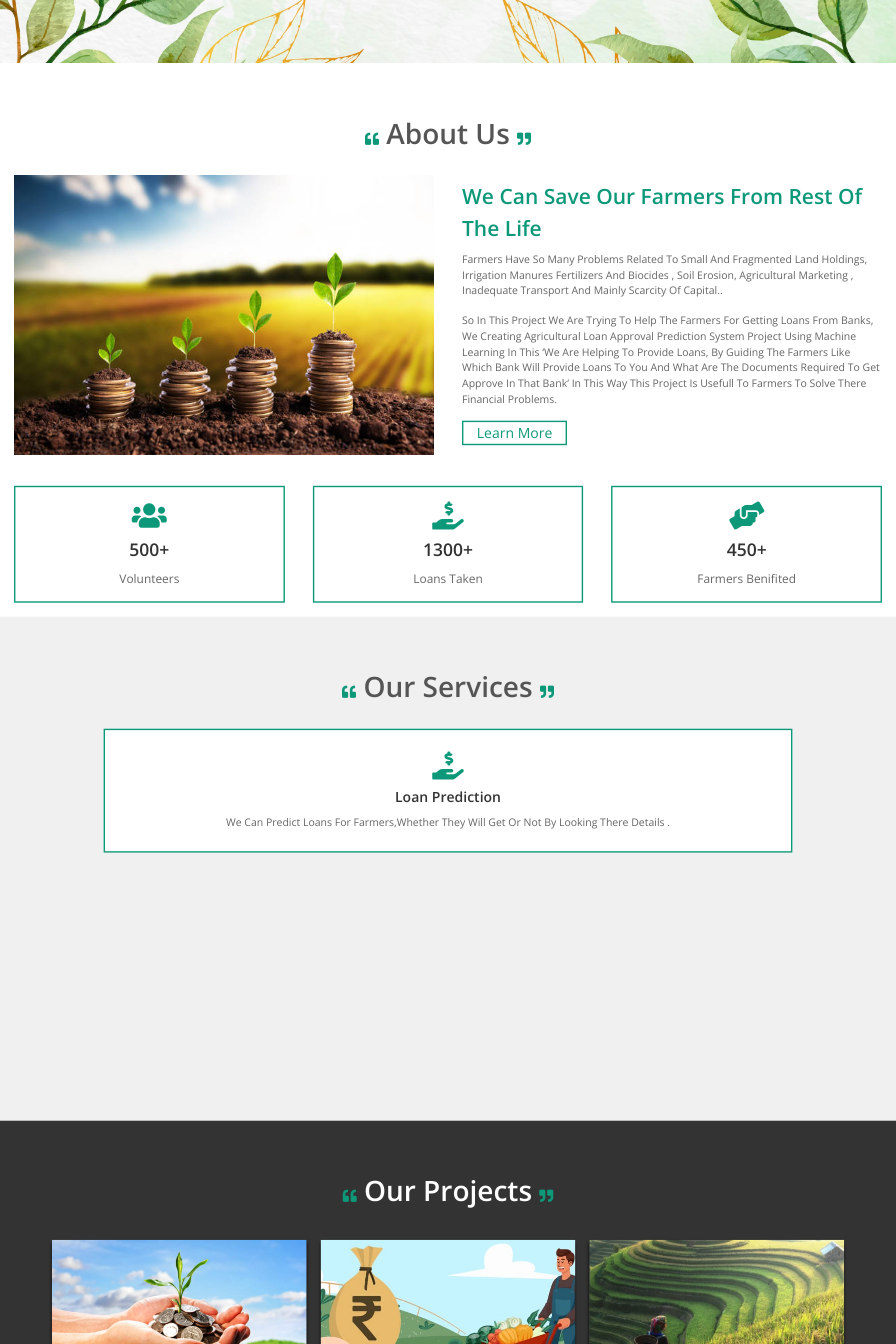
Repository: thenameisshreyank/loanorediction
Page: http://localhost/
The author's editor kept a copy of each file at every save. The page is drawn from the files as they stood at one save, then again after the next save.
The browser window is 1280 px wide. The pictures show the part of the page from y = 630 to 2550 px (the page is 4950 px tall before and 4933 px after), at 70% of full size.
The page is served by the project's application, run on Django 4.2 (manage.py). Other server files are loaded and not shown.

Above is the page before, as saved 2022-06-20 17:50:38.
Console error: TypeError: Cannot read properties of null (reading 'addEventListener')

### prediction/templates/index.html
{%load static%}
<!DOCTYPE html>
<html lang="en">
<head>
    <meta charset="UTF-8">
    <meta name="viewport" content="width=device-width, initial-scale=1.0">
    <title>Agricultural Loan Approval prediction using machine learning </title>

    <!-- font awesome cdn link  -->
    <link rel="stylesheet" href="https://cdnjs.cloudflare.com/ajax/libs/font-awesome/5.15.2/css/all.min.css">

    <!-- custom css file link  -->
    <link rel="stylesheet" href={% static 'style.css' %}>

</head>
<body>

<!-- header section starts  -->

<header>

<a href="#" class="logo"><i class="fas fa-hand-holding-usd"></i>LOAN APPROVAL</a>

<nav class="navbar">
    <ul>

        <li><a href="#home">home</a></li>
        <li><a href="#about">about</a></li>
        <li><a href="#service">service</a></li>
        <li><a href="#project">project</a></li>
        <li><a href="#donate">donate</a></li>
        <li><a href="#prediction">prediction</a></li>
    </ul>
</nav>

<div class="fas fa-bars"></div>

</header>

<!-- header section ends -->

<!-- home section starts  -->

<section class="home" id="home">

<div class="content">

    <h1>A Farmer is Magician who produce Money From Mud</h1>
    <p>     Farmer only worry during the growing season,<br/> but towns people worry all the time    </p>
    <a href="#"><button class="btn">explore.</button></a>

</div>

</section>

<!-- home section ends -->

<!-- about section starts  -->

<section class="about" id="about">

<h1 class="heading"> <i class="fas fa-quote-left"></i> about us <i class="fas fa-quote-right"></i> </h1>

<div class="row">

    <div class="image">
        <img src="about.jpg" alt="">
    </div>

    <div class="content">
        <h3 >We can save our farmers from rest of the life</h3>
        <p>Farmers have so many problems related to small and fragmented land holdings, irrigation manures fertilizers and Biocides , soil erosion, Agricultural Marketing , Inadequate Transport and mainly Scarcity of Capital..</p>
        <p>So in this project we are trying to help the farmers for getting loans from banks, we creating agricultural loan approval prediction system project using machine learning in this ‘we are helping to provide loans, by guiding the farmers like which bank will provide loans to you and what are the documents required to get approve in that bank’ in this way this project is usefull to farmers to solve there financial problems.  </p>


        <a href="#"><button class="btn">learn more</button></a>
    </div>

</div>

<div class="box-container">

    <div class="box">
        <i class="fas fa-users"></i>
        <h3>500+</h3>
        <p>volunteers</p>
    </div>

    <div class="box">
        <i class="fas fa-hand-holding-usd"></i>
        <h3>1300+</h3>
        <p>loans taken</p>
    </div>

    <div class="box">
        <i class="fas fa-hands-helping"></i>
        <h3>450+</h3>
        <p>Farmers benifited</p>
    </div>



</div>

</section>

<!-- about section ends -->

<!-- service section starts  -->

<section class="service" id="service">

<h1 class="heading"> <i class="fas fa-quote-left"></i> our services <i class="fas fa-quote-right"></i> </h1>

<div class="box-container">

    <div class="box">
        <i class="fas fa-hand-holding-usd"></i>
        <h3>loan Prediction</h3>
        <p>we can predict loans for farmers,whether they will get or not by looking there details .  </p>

    </div>






</div>

</section>

<!-- service section ends -->

<!-- project section starts  -->



<section class="project" id="project">

<h1 class="heading"> <i class="fas fa-quote-left"></i> our projects <i class="fas fa-quote-right"></i> </h1>

<div class="box-container">

    <div class="box">
        <img src="pic1.jpeg" alt="">
        <div class="icons">
            <a style="--i:1;" href="#" class="fas fa-heart"></a>
            <a style="--i:2;" href="#" class="fas fa-share"></a>
            <a style="--i:3;" href="#" class="fas fa-comment"></a>
        </div>
    </div>

    <div class="box">
        <img src="pic2.jpeg"">
        <div class="icons">
            <a style="--i:1;" href="#" class="fas fa-heart"></a>
            <a style="--i:2;" href="#" class="fas fa-share"></a>
            <a style="--i:3;" href="#" class="fas fa-comment"></a>
        </div>
    </div>

    <div class="box">
        <img src="pic3.jpeg" alt="">
        <div class="icons">
            <a style="--i:1;" href="#" class="fas fa-heart"></a>
            <a style="--i:2;" href="#" class="fas fa-share"></a>
            <a style="--i:3;" href="#" class="fas fa-comment"></a>
        </div>
    </div>





</div>

</section>

<!-- project section ends -->

<!-- donate section starts  -->

<section class="donate" id="donate">

<h1 class="heading"> <i class="fas fa-quote-left"></i> donate us <i class="fas fa-quote-right"></i> </h1>

<div class="video-container">
    <video src="backvideo.mp4" loop autoplay muted></video>
</div>

<div class="form-container">

    <form action="">

        <div class="inputBox">
            <input type="text" placeholder="first name">
            <input type="text" placeholder="last name">
        </div>

        <div class="inputBox">
            <input type="email" placeholder="enter your email">
            <select name="" id="">
                <option value="" selected disabled>donation amount</option>
                <option value="$5">$5</option>
                <option value="$10">$10</option>
                <option value="$15">$15</option>
                <option value="$20">$20</option>
            </select>
        </div>

        <textarea name="" id="" cols="30" rows="10" placeholder="message ( optional )"></textarea>

        <input type="submit" class="btn">

    </form>

</div>

</section>

<!-- donate section ends -->

<!-- prediction section starts  -->

<section class="prediction" id="prediction">

<h1 class="heading"> <i class="fas fa-quote-left"></i> Prediction <i class="fas fa-quote-right"></i> </h1>

<div class="video-container">
    <video src="pridictvideo.mp4" loop autoplay muted></video>
</div>

    <body>

        <form>
            <table>
                <tr>
                    <td>
                        Name:
                    </td>
                    <td>
                        <input type="text" placeholder="Name" name="">
                    </td>
                </tr>
                <tr>
                    <td>
                        LOAN Id:
                    </td>
                    <td>
                        <input type="LOAN Id">
                    </td>
                </tr>

                <td>
                    Gender:
                </td>
                <td>
                    <input type="radio" name="gender">Male
                    <input type="radio" name="gender">Female
                </td>
            </tr>
            <tr>
                <td>
                    Married:
                </td>
                <td>
                    <input type="radio" name="Married">Yes
                    <input type="radio" name="Married">No
                </td>
            </tr>
            <tr>
                <td>
                    Dependents:
                </td>
                <td>
                    <input type="radio" name="Dependents"> 0
                    <input type="radio" name="Dependents"> 1
                    <input type="radio" name="Dependents"> 2
                    <input type="radio" name="Dependents"> 4
                </td>
            </tr>
            <tr>
                <td>
                    Education Qualification:
                </td>
                <td>
                    <input type="radio" name="Education Qualification">Graduate
                    <input type="radio" name="Education Qualification">Not graduate
                </td>

            </tr>
             <tr>
                <td>
                    Self Employed:
                </td>
                <td>
                    <input type="radio" name=" Self Employed"> Yes
                    <input type="radio" name=" Self Employed"> No
                </td>
            </tr>
            <tr>
                <td>
                    Income:
                </td>
                <td>
                    <input type="income" >
                </td>
            </tr>
            <tr>
            <tr>
                <td>
                    Loan amount:
                </td>
                <td>
                    <input type="loan amount">
                </td>
            </tr>
            <tr>
                <td>
                    Loan Term:
                </td>
                <td>
                    <input type="income" >
                </td>
            </tr>

            <tr>
                <td>
                    <input type="submit"  value="submit">
                    <input type="reset" value="Reset">
                </td>
            </tr>
            </table>
        </form>

</section>

<!-- prediction section ends -->

<!-- footer section starts  -->

<section class="footer">
    <!DOCTYPE html>
    <html lang="en">
    <head>
      <title>Footer Design</title>
      <meta charset="utf-8">
      <meta name="viewport" content="width=device-width, initial-scale=1">
      <link rel="stylesheet" href="project/css.footer/style.css">
      <link rel="stylesheet" type="text/css" href="https://cdnjs.cloudflare.com/ajax/libs/font-awesome/5.15.1/css/all.min.css">
    </head>
    <body>

      <footer class="footer">
           <div class="container">
               <div class="row">
                   <div class="footer-col">
                       <h4>Green</h4>
                      <ul>
                        <li><a href="#home">home</a></li>
                        <li><a href="#about">about</a></li>
                        <li><a href="#service">service</a></li>
                        <li><a href="#project">project</a></li>
                        <li><a href="#donate">donate</a></li>
                        <li><a href="#prediction">prediction</a></li>
                    </ul>
                   </div>

                   <div class="footer-col">
                       <h4>follow us</h4>
                       <div class="social-links">
                           <a href="#"><i class="fab fa-facebook-f"></i></a>
                           <a href="#"><i class="fab fa-twitter"></i></a>
                           <a href="#"><i class="fab fa-instagram"></i></a>
                           <a href="#"><i class="fab fa-linkedin-in"></i></a>
                       </div>
                   </div>
               </div>
           </div>
      </footer>

    </body>
    </html>



<h1 class="credit">created by <span>subramanyam D P</span> | all rights reserved. </h1>

</section>





<!-- footer section ends -->





















<!-- custom js file link  -->
<script src="js/main.js"></script>

</body>
</html>

### prediction/views.py
from django.shortcuts import render

# Create your views here.

def homepage(request):
    return render(request,'index.html')

### loanprediction/urls.py
"""loanprediction URL Configuration

The `urlpatterns` list routes URLs to views. For more information please see:
    https://docs.djangoproject.com/en/4.0/topics/http/urls/
Examples:
Function views
    1. Add an import:  from my_app import views
    2. Add a URL to urlpatterns:  path('', views.home, name='home')
Class-based views
    1. Add an import:  from other_app.views import Home
    2. Add a URL to urlpatterns:  path('', Home.as_view(), name='home')
Including another URLconf
    1. Import the include() function: from django.urls import include, path
    2. Add a URL to urlpatterns:  path('blog/', include('blog.urls'))
"""
from django.contrib import admin
from django.urls import include, path

urlpatterns = [
    path('admin/', admin.site.urls),
    path('',include('prediction.urls')),
]

### prediction/urls.py
from . import views
from django.urls import include, path

urlpatterns = [

    path('',views.homepage,name='homepage'),
]

Loaded but not shown: prediction/templates/main.js (common file); prediction/static/images/style.css (621 lines, source omitted)

After the next save:
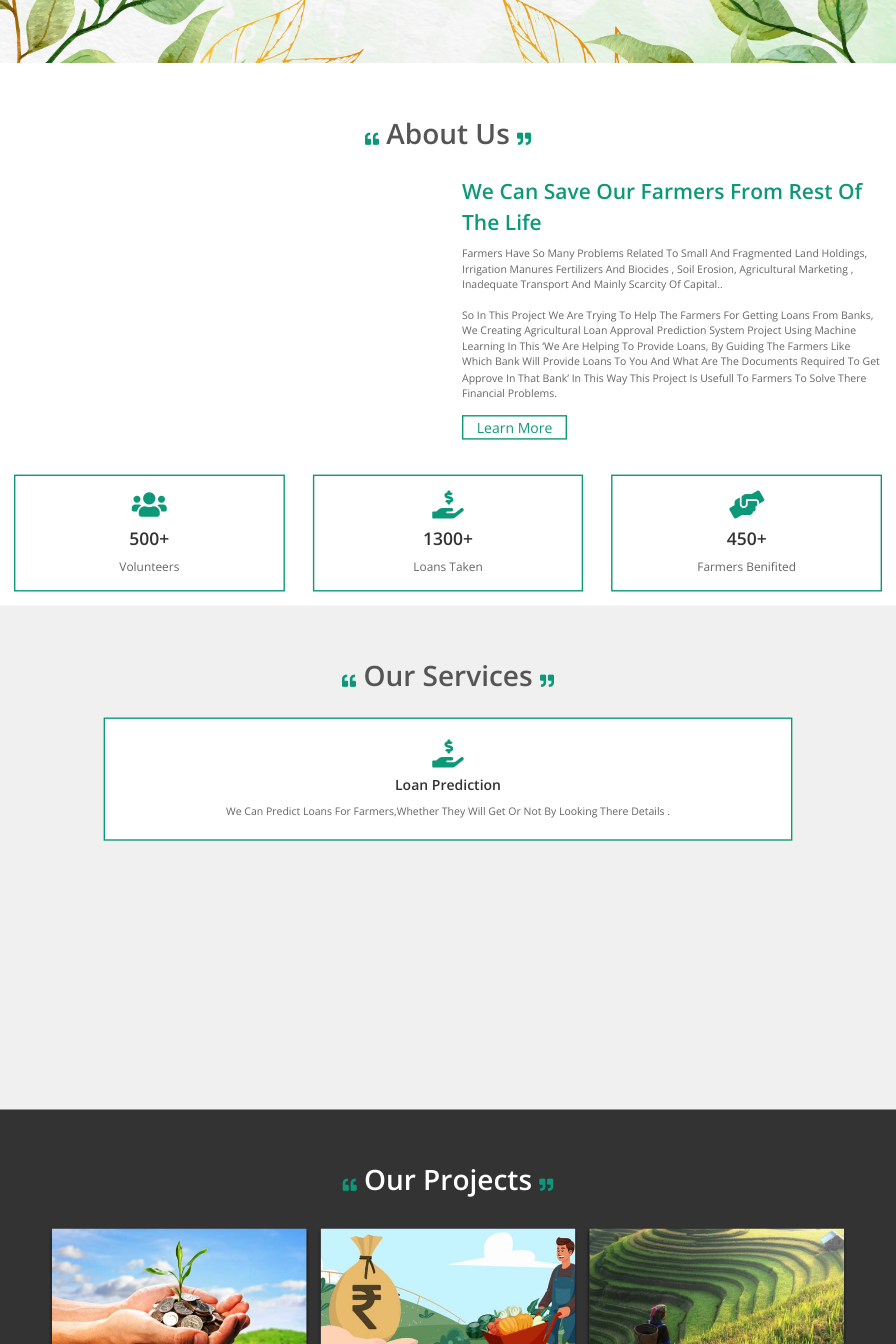
Not found: static/about.jpg
Saved 3 min 55 s later.
--- a/prediction/templates/index.html
+++ b/prediction/templates/index.html
@@ -64,7 +64,7 @@
 <div class="row">
 
     <div class="image">
-        <img src="about.jpg" alt="">
+        <img src="{% static 'about.jpg' %}" alt="">
     </div>
 
     <div class="content">

After the 2 saves that followed:
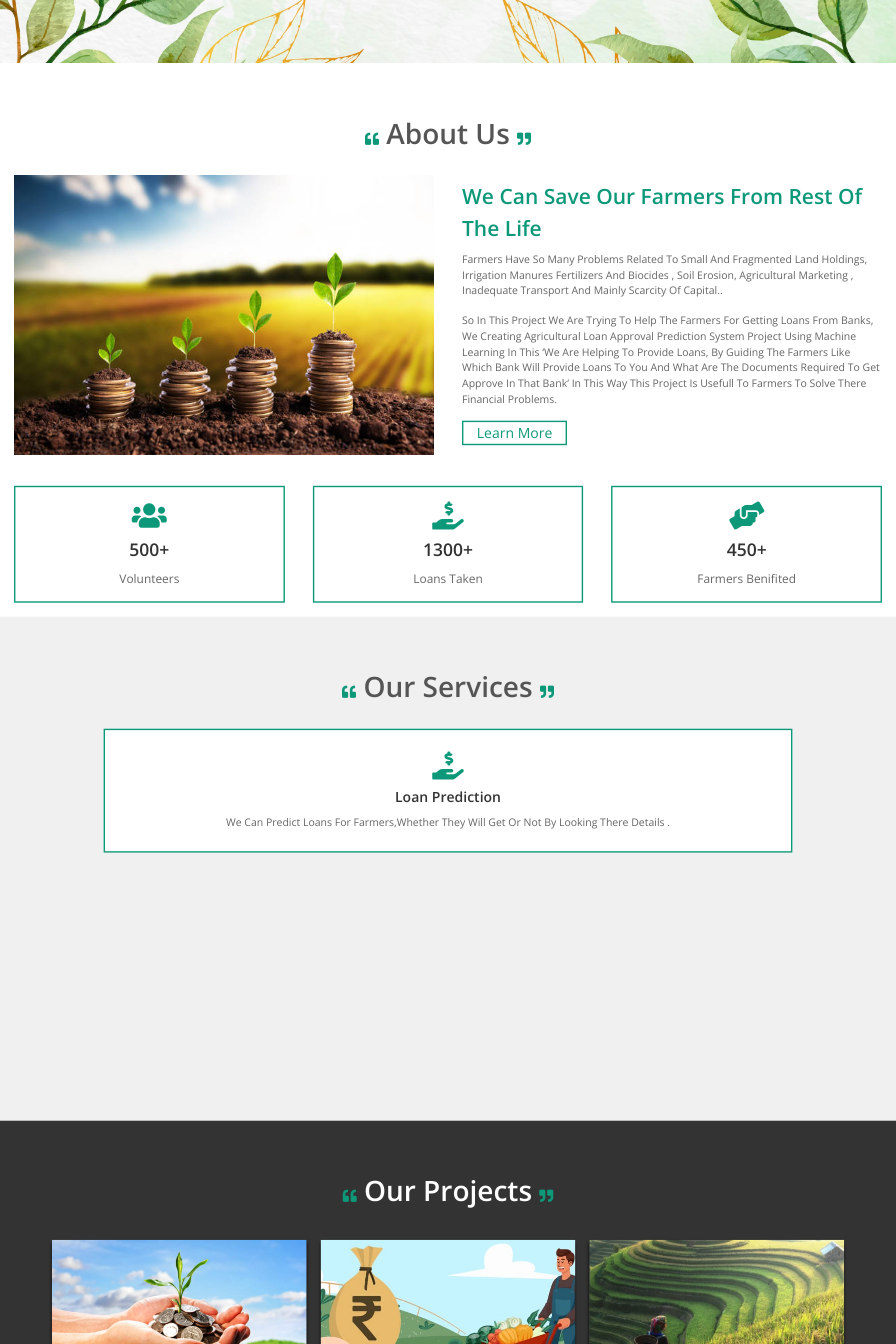
The 2 saves are shown as one change because 1 left the picture as it was.
The last was saved 39 s later.
--- a/prediction/templates/index.html
+++ b/prediction/templates/index.html
@@ -64,7 +64,7 @@
 <div class="row">
 
     <div class="image">
-        <img src="{% static 'about.jpg' %}" alt="">
+        <img src="{% static 'images/about.jpg' %}" alt="">
     </div>
 
     <div class="content">
